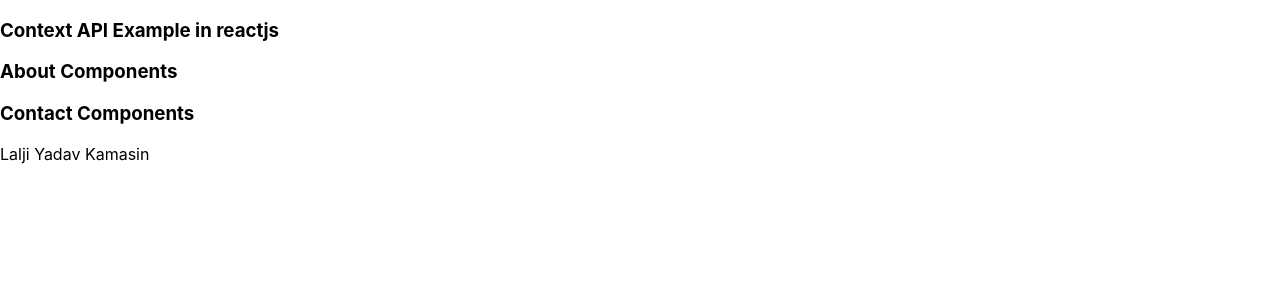
Repository: lalji-yadav/React-Context-API
Page: /a
The author's editor kept a copy of each file at every save. The page is drawn from the files as they stood at one save, then again after the next save.
The browser window is 1280 px wide. The pictures show the whole page.
The project was rebuilt for these pictures with package versions that can differ from the ones it lists, and the page was loaded fresh each time. Also part of the build but not shown: src/App.css, src/components/C.js, src/components/A.js, src/components/D.js, src/components/B.js.

Above is the page before, as saved 2021-02-10 18:57:24.

### src/App.js
import  React,{ useState } from 'react';
import './App.css';
import A from "./components/A";
import B from "./components/B";
import Home from "./context/home";


export const ThemeContext = React.createContext()

function App() {

  const [data, setData] = useState({
    name: "Lalji Yadav Kamasin",
    mob:"8726650277",
    email:'lalji@gmail.com'
  })

 const changeStates=()=> {
    setData({
      name:"Abc",
      mob:"1234567890",
      email:'12lalji@gmail.com'
    })
  }
  const contextValues = {
    data: data,
    changeStates: changeStates
  }

  return (
    <div>
      <h3> Context API Example in reactjs  </h3>
      {/* <p> {data.name} </p>
      <p onClick={()=>setData({name: "Anubhav"})} >{data.name}</p>

      <A name="Yadav"/>

      <ThemeContext.Provider value="dark">
        <B />
      </ThemeContext.Provider> */}

      <ThemeContext.Provider value={contextValues}>
        <Home />
      </ThemeContext.Provider>



    </div>
  );
}

export default App;

### src/context/home.js
import React, { Component } from 'react';
import About from "./about";


 export const MyContext = React.createContext()

class Home extends Component {

    // constructor() {
    //     super();
    //    this.state={
    //         name:"Lalji Yadav Kamasin"
    //       }
    // }
    state={
        name:"Lalji Yadav Kamasin",
        mob:"1212",
        email:'58418694'
      }

    render() {
        return (
            <div>
               <MyContext.Provider name={this.state}>
                   <About />
                </MyContext.Provider>

            </div>
        );
    }
}

export default Home;

### src/context/about.js
import React, { Component } from 'react';
import Contact from "./contact";

class About extends Component {
    render() {
        return (
            <div>
                <h3> About Components </h3>
                <Contact />
            </div>
        );
    }
}

export default About;

### src/context/contact.js
import React, { Component } from 'react';
import { ThemeContext } from "../App";

class Contact extends Component {
    render() {
        return (
            <div>
                <h3> Contact Components </h3>
                <ThemeContext.Consumer>
                    {
                    value=>(
                    <p>{value.data.name} {value.changeStates}</p>
                    )}
                </ThemeContext.Consumer>
            </div>
        );
    }
}

export default Contact;

Loaded but not shown: public/index.html (common file); src/index.js (common file); src/index.css (common file); src/reportWebVitals.js (common file)

After the next save:
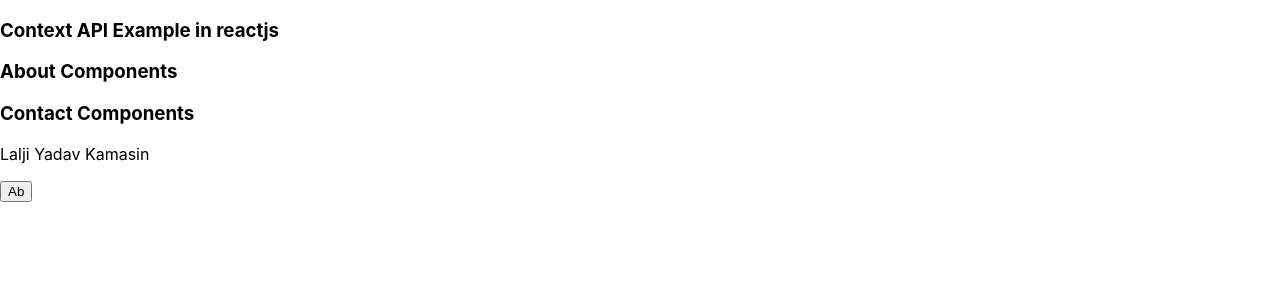
Saved 77 s later.
--- a/src/context/contact.js
+++ b/src/context/contact.js
@@ -8,8 +8,11 @@ class Contact extends Component {
                 <h3> Contact Components </h3>
                 <ThemeContext.Consumer>
                     {
-                    value=>(
-                    <p>{value.data.name} {value.changeStates}</p>
+                    (value, Ab)=>(
+                        <div>
+                           <p>{value.data.name} {value.changeStates}</p>
+                           <button> Ab </button>
+                        </div>
                     )}
                 </ThemeContext.Consumer>
             </div>
